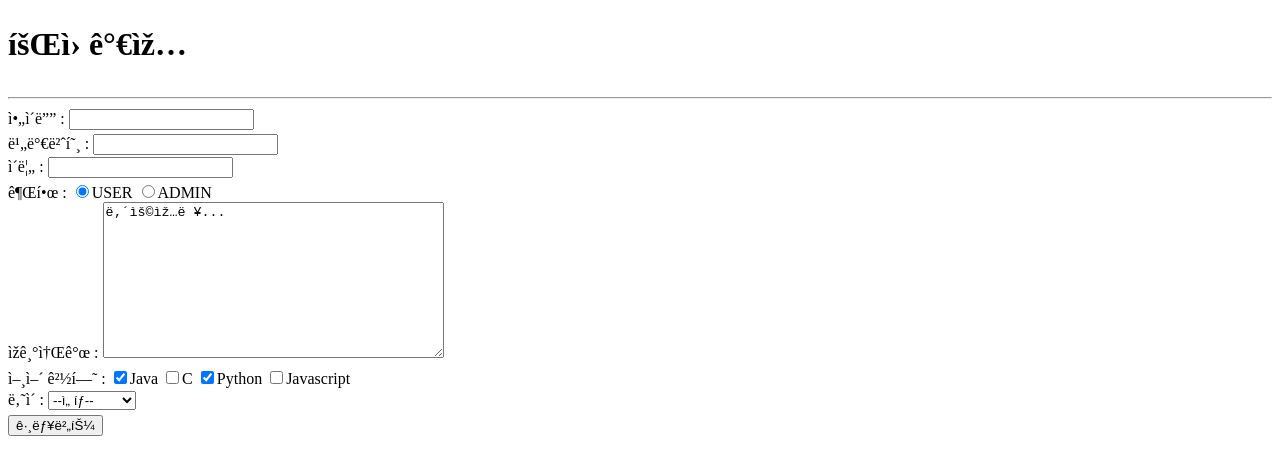
Repository: serim53/JSPStudy
Page: http://localhost/BoardWeb_JSP_/insertUser.jsp
An editor plug-in stored every save of this project. The page is shown before and after the next save, followed by the edit.
The browser window is 1280 px wide. The pictures show the whole page.
The page is served by Tomcat 10. Other server files are loaded and not shown.

Above is the page before, as saved 2025-07-08 04:46:49.

### BoardWeb(JSP)/src/main/webapp/insertUser.jsp
<!DOCTYPE html PUBLIC "-//W3C//DTD HTML 4.01 Transitional//EN" "http://www.w3.org/TR/html4/loose.dtd">
<html>
<head>
<meta http-equiv="Content-Type" content="text/html; charset=UTF-8">
<title>회원가입</title>
</head>
<body>
<h1>회원 가입</h1>
<hr>
아이디 : <input type="text" size="20"/><br>
비밀번호 : <input type="password" size="20"/><br>
이름 : <input type="text"/><br>
권한 : <input name="role" type="radio" checked/>USER
      <input name="role" type="radio"/>ADMIN<br>
자기소개 : <textarea rows="10" cols="40">내용입력...</textarea><br>
언어 경험 : <input type="checkbox" checked/>Java
		  <input type="checkbox"/>C
		  <input type="checkbox" checked/>Python
		  <input type="checkbox"/>Javascript<br>
나이 : <select>
		<option>--선택--
		<option>10대
		<option>20대
		<option>30대
		<option>40대
		<option>50대
		<option>60대 이상
	  </select><br>
<input type="button" value="그냥버튼"/>
</body>
</html>

After the next save:
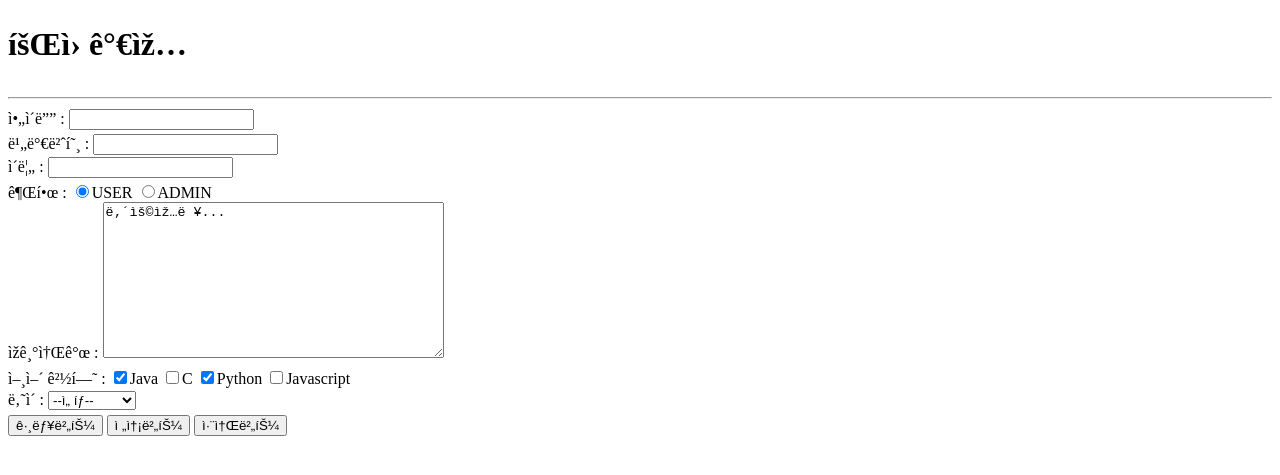
Saved 23 s later.
--- a/BoardWeb(JSP)/src/main/webapp/insertUser.jsp
+++ b/BoardWeb(JSP)/src/main/webapp/insertUser.jsp
@@ -27,5 +27,7 @@
 		<option>60대 이상
 	  </select><br>
 <input type="button" value="그냥버튼"/>
+<input type="submit" value="전송버튼"/>
+<input type="reset" value="취소버튼"/>
 </body>
 </html>
